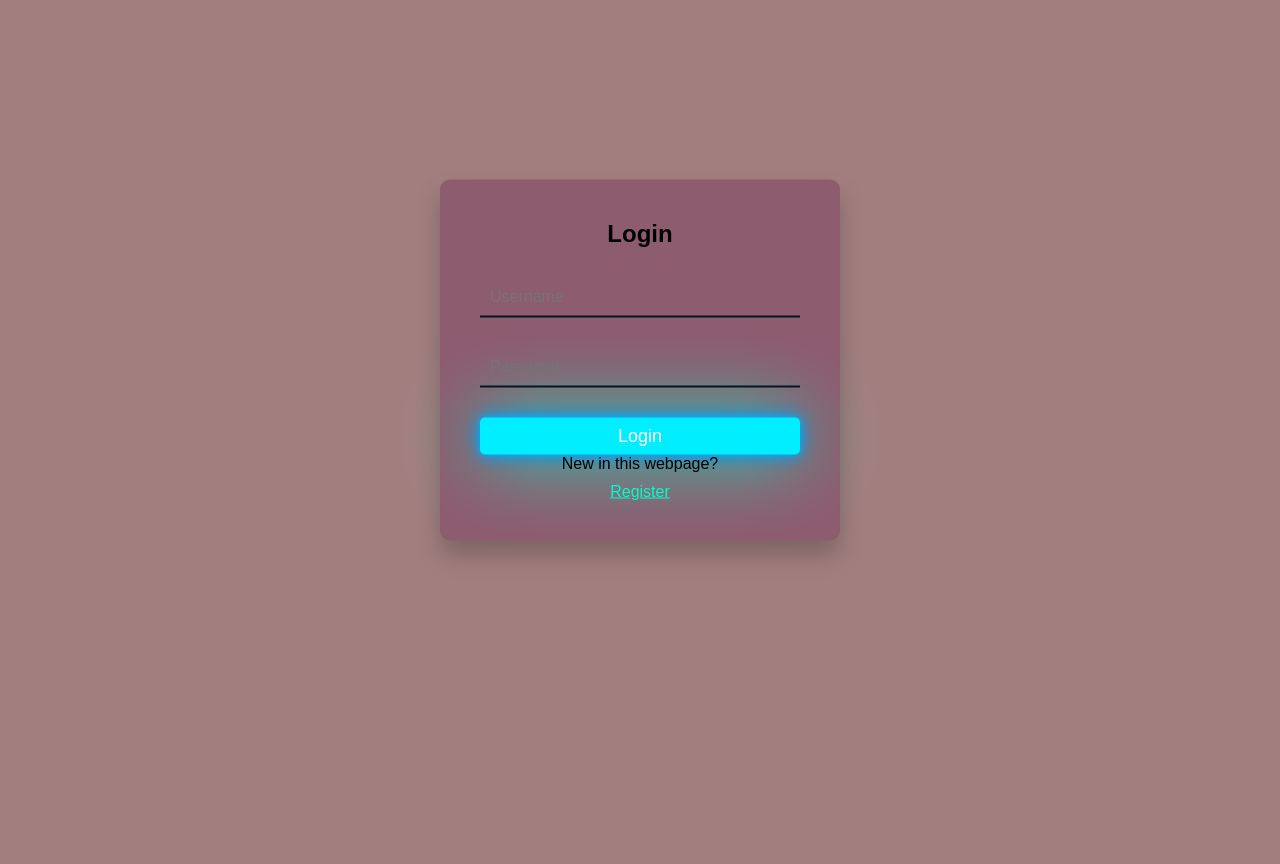
Repository: SRBshakib/Safe-Food---DBMS-project
Page: Organaization/login.html
The author's editor kept a copy of each file at every save. The page is drawn from the files as they stood at one save, then again after the next save.
The browser window is 1280 px wide. The pictures show the whole page.
The pointer rests on the first visible `.btn`.

Above is the page before, as saved 2024-11-10 22:07:12.

### Organaization/login.html
<!DOCTYPE html>
<html lang="en">
<head>
    <meta charset="UTF-8">
    <meta name="viewport" content="width=device-width, initial-scale=1.0">
    <title>Welcome to our organization</title>
    <link rel="stylesheet" href="style_login.css"> <!-- Link to the CSS file -->
</head>
<body>
    <div class="login-box">
        <h2>Login</h2>
        <form>
            <div class="textbox">
                <input type="text" placeholder="Username" required>
            </div>
            <div class="textbox">
                <input type="password" placeholder="Password" required>
            </div>
            <button type="submit" class="btn">Login</button>
            <p>New in this webpage?</p>
            <p class="register">Register</p>
        </form>
    </div>
</body>
</html>

### Organaization/style_login.css

*{

    margin: 0;
    padding: 0;
    box-sizing: border-box;
    font-family: Arial, sans-serif;
}

body {
    display: flex;
    justify-content: center;
    align-items: center;
    height: 120vh;
    background-color: #46000080;
    color: rgb(0, 0, 0);
}

.login-box {
    position: absolute;
    top: 50%;
    left: 50%;
    width: 400px;
    padding: 40px;
    transform: translate(-50%, -50%);
    background: rgba(94, 7, 72, 0.281);
    box-shadow: 0 15px 25px rgba(0, 0, 0, 0.219);
    border-radius: 10px;
    text-align: center;
}

.login-box h2 {
    margin-bottom: 30px;
}

.textbox {
    position: relative;
    margin-bottom: 30px;
    border-bottom: 2px solid #001920;
}

.textbox input {
    width: 100%;
    padding: 10px;
    font-size: 16px;
    background: none;
    border: none;
    outline: none;
    color: #ffffff;
}

.btn {
    display: inline-block;
    width: 100%;
    padding: 8px;
    background: #4caf50;
    border: none;
    outline: none;
    color: #fff;
    font-size: 18px;
    cursor: pointer;
    border-radius: 5px;
    transition: background 0.3s, box-shadow 0.3s;
}

.btn:hover {
    background: #00eeff;
    box-shadow: 0 0 10px #00b7ff, 0 0 20px #008cff, 0 0 80px #00ffcc;
}

.register {
    color: #00ffcc;
    cursor: pointer;
    margin-top: 10px;
    text-decoration: underline;
}

After the next save:
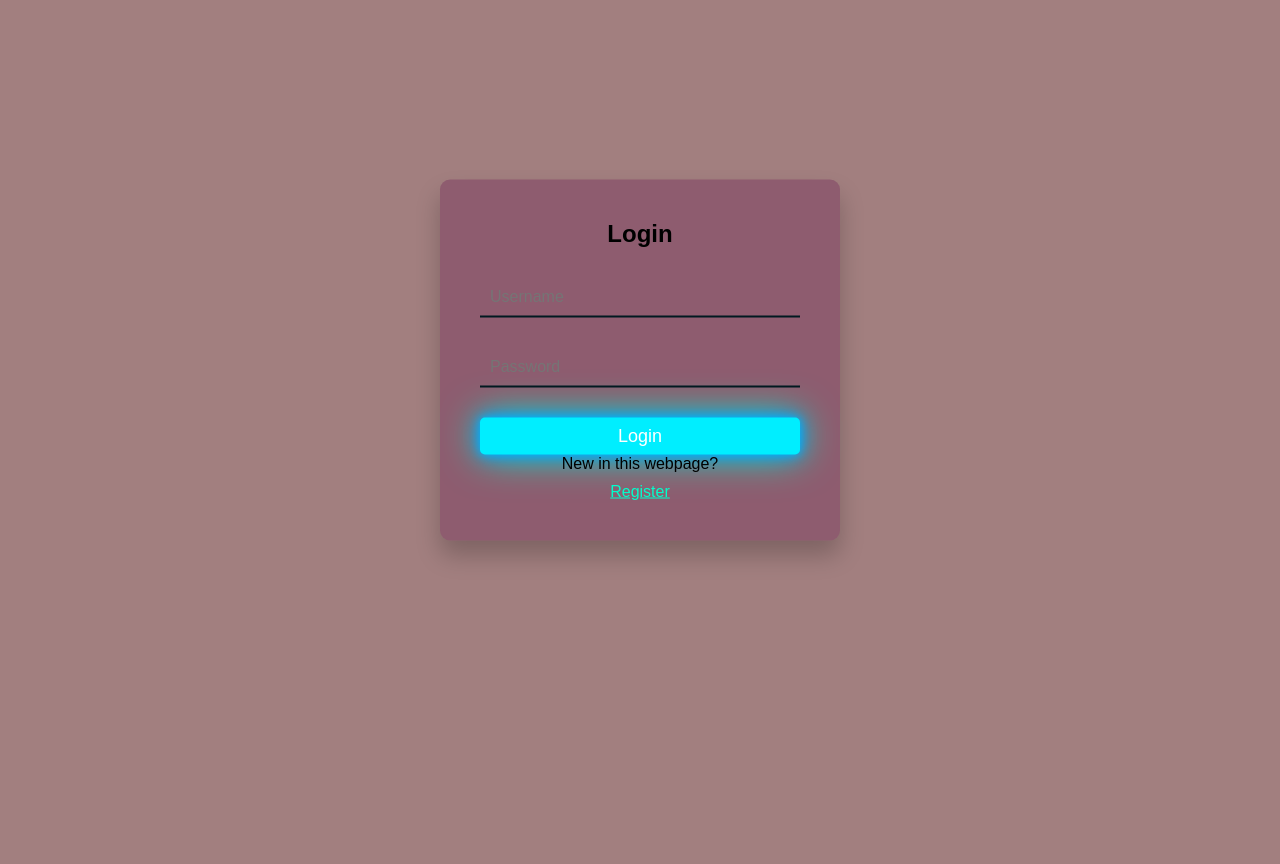
Saved 13 s later.
--- a/Organaization/style_login.css
+++ b/Organaization/style_login.css
@@ -65,7 +65,7 @@ body {
 
 .btn:hover {
     background: #00eeff;
-    box-shadow: 0 0 10px #00b7ff, 0 0 20px #008cff, 0 0 80px #00ffcc;
+    box-shadow: 0 0 10px #00b7ff, 0 0 20px #008cff, 0 0 40px #00ffcc;
 }
 
 .register {
